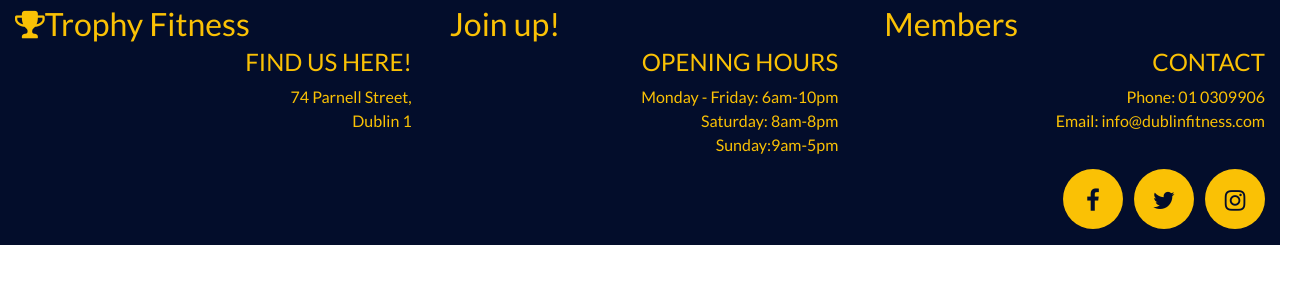
Repository: Code-Institute-Submissions/conbonbom-Milestone-project-1
Page: index.html
The author's editor kept a record of every edit. The page is drawn from the files as they stood at one moment, then again after the next edit.
The browser window is 1280 px wide. The page is 1295 px wide, so the pictures cover 1295 px, including what lies to the right of the window. The pictures show the whole page.

Above is the page before.

After the next edit:
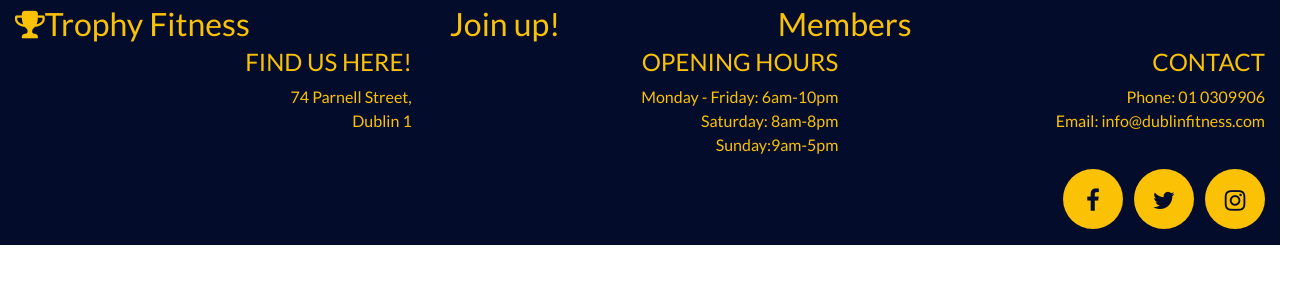
The edit:
--- a/index.html
+++ b/index.html
@@ -21,7 +21,7 @@
                          <i class="fa fa-trophy"></i>Trophy Fitness
                      </a>
                     </li>
-                    <li class="col-6 col-sm-4 list-inline-item nav-item">
+                    <li class="col-6 col-sm-3 list-inline-item nav-item">
                         <a target="_blank" href="#">
                          Join up!
                      </a>
